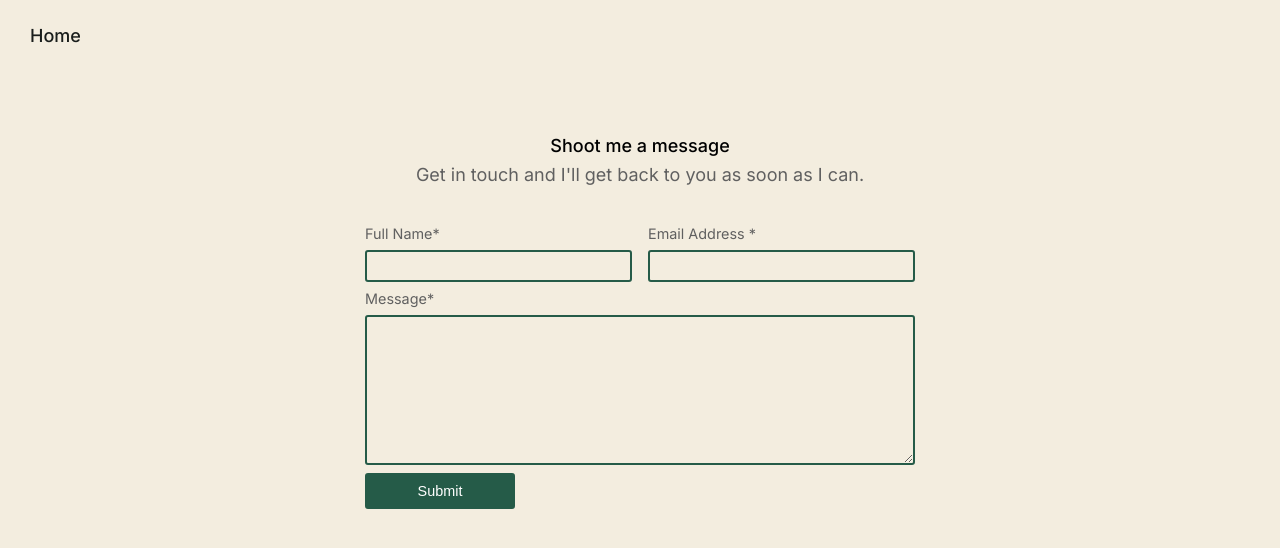
Repository: David-Waite/David-Waite-Portfolio
Page: /contact
An editor plug-in stored every save of this project. The page is shown before and after the next save, followed by the edit.
The browser window is 1280 px wide. The pictures show the whole page.
The project was rebuilt for these pictures with package versions that can differ from the ones it lists, and the page was loaded fresh each time. The framework's server and built-in components were replaced by stand-ins that run in the browser. Also part of the build but not shown: next.config.js, app/components/Nav/NavButton/navButton.module.css, app/components/Nav/NavButton/NavButton.tsx.

Above is the page before, as saved 2023-07-26 20:25:40.

### app/layout.tsx
import "./globals.css";
import type { Metadata } from "next";
import { Inter } from "next/font/google";
import Link from "next/link";
import NavBar from "./components/Nav/NavBar/NavBar";

const inter = Inter({ subsets: ["latin"] });

export const metadata: Metadata = {
  title: "Create Next App",
  description: "Generated by create next app",
};

export default function RootLayout({
  children,
}: {
  children: React.ReactNode;
}) {
  return (
    <html lang="en">
      <body className={inter.className}>
        <NavBar />
        {children}
      </body>
    </html>
  );
}

### app/contact/page.tsx
import { Metadata, NextPage } from "next/types";
import { Contact } from "../components/Contact/contact";

export const metadata: Metadata = {
  title: "David Waite | Contact ",
};

const ContactPage: NextPage = () => {
  return <Contact />;
};

export default ContactPage;

### app/globals.css
:root {
  --primary: #255b48;
  --black: #191d1b;
  --background: #f3eddf;
  --white: #ffffff;
  --grey: #606060;
  --error: #a83c23;
}

.paragraph {
  font-size: 18px;
  font-style: normal;
  font-weight: 400;
  line-height: 25.2px;
  color: var(--black);
}

body {
  background-color: var(--background);
}

* {
  padding: 0;
  margin: 0;
  box-sizing: border-box;
}

### app/components/Nav/NavBar/NavBar.tsx
"use client";
import NavButton from "../NavButton/NavButton";
import styles from "./navBar.module.css";
import { usePathname } from "next/navigation";

import Link from "next/link";

export default function NavBar() {
  const currentRoute = usePathname();

  return (
    <nav className={styles.container}>
      <Link href={`./${currentRoute === "/" ? "about" : "/"}`}>
        {currentRoute === "/" ? "About" : "Home"}
      </Link>

      {currentRoute !== "/contact" && <NavButton />}
    </nav>
  );
}

### app/components/Contact/contact.tsx
"use client";

import { FormEvent, useState } from "react";
import styles from "./contact.module.css";
import { useSearchParams } from "next/navigation";
export const Contact = () => {
  const [message, setMessage] = useState<string>("");
  const [status, setStatus] = useState<string>("idle");
  const [disabled, setDisabled] = useState<boolean>(false);
  const searchParams = useSearchParams();

  const onContactFormSubmit = async (e: FormEvent<HTMLFormElement>) => {
    e.preventDefault();
    setStatus("loading");
    const formData: { [key: string]: string } = {};
    const elements = e.currentTarget.elements as unknown as Array<
      HTMLInputElement | HTMLTextAreaElement | HTMLButtonElement
    >;

    Array.from(elements).forEach((field) => {
      if (!field.name) return;
      formData[field.name] = field.value;
    });

    await fetch("/contact/send", {
      method: "POST",
      body: JSON.stringify(formData),
    })
      .then((res) => res.json())
      .then((res) => {
        setMessage(res.message);
        setStatus(res.status);
        setDisabled(res.message.length > 0);
      });
  };

  return (
    <div className={styles.container}>
      <h1 className={styles.heading}>Shoot me a message</h1>
      <p className={styles.tagline}>
        Get in touch and I&apos;ll get back to you as soon as I can.
      </p>

      <form onSubmit={onContactFormSubmit}>
        {message.length > 0 ? (
          <div
            className={`paragraph ${styles.alert} ${
              status ? styles.alertSuccess : styles.alertError
            }`}
          >
            <span>{message}</span>
          </div>
        ) : null}
        <div className={styles.topForm}>
          <div className={styles.inputCon}>
            <label htmlFor="name">
              <span>Full Name*</span>
            </label>
            <input
              type="text"
              name="name"
              id="name"
              required
              disabled={disabled}
            />
          </div>
          <div className={styles.inputCon}>
            <label htmlFor="email">
              <span>Email Address *</span>
            </label>
            <input
              type="email"
              name="email"
              id="email"
              required
              disabled={disabled}
            />
          </div>
        </div>

        <div className={`${styles.message} ${styles.inputCon}`}>
          <label htmlFor="message">
            <span>Message*</span>
          </label>
          <textarea
            rows={3}
            name="message"
            id="message"
            required
            disabled={disabled}
          ></textarea>
        </div>

        <button
          type="submit"
          className={`${styles.button} ${
            status === "loading"
              ? styles.btnLoading
              : status === "error"
              ? styles.btnError
              : styles.btnSent
          }`}
          disabled={disabled}
        >
          {status === "idle"
            ? "Submit"
            : status === "loading"
            ? styles.btnLoading
            : status === "error"
            ? "Error"
            : "Sent"}
        </button>
      </form>
    </div>
  );
};

### app/components/Nav/NavBar/navBar.module.css
.container {
  display: flex;
  align-items: center;
  justify-content: space-between;
  height: 70px;
  padding: 0 30px;
}

.container a {
  color: var(--black);
  cursor: pointer;
  text-decoration: none;
  font-size: 18px;
  font-weight: 500;
}

### app/components/Contact/contact.module.css
.container {
  min-height: calc(100vh - 216px);
  display: flex;
  flex-direction: column;
  align-items: center;
  justify-content: center;
}

.container h1 {
  color: var(--back);
  font-weight: 500;
  font-size: 18px;
  margin-bottom: 8px;
}

.container p {
  text-align: center;
  margin-bottom: 40px;
  font-weight: 400;
  color: var(--grey);
  font-size: 18px;
}

.container form {
  display: flex;
  flex-direction: column;
  gap: 8px;
  position: relative;
}

.topForm {
  display: grid;
  grid-template-columns: 1fr 1fr;
  gap: 16px;
}

.inputCon {
  display: flex;
  flex-direction: column;
  gap: 8px;
}

.message textarea {
  background-color: var(--background);
  border: 2px solid var(--primary);
  border-radius: 3px;
  height: 150px;
  width: 550px;
  font-size: 16px;
  padding: 8px;
}
.inputCon label {
  color: var(--grey);
  font-size: 14.4px;
}

.inputCon input {
  background-color: var(--background);
  border: 2px solid var(--primary);
  border-radius: 3px;
  font-size: 16px;
  padding-left: 8px;
  height: 32px;
}

.inputCon select {
  height: 36px;
  font-size: 16px;
}

.container form button {
  border-radius: 3px;
  background: var(--background);
  border: 2px solid var(--primary);
  padding: 8px 32px;
  font-size: 14.4px;
  margin-right: auto;
  text-align: center;
  width: 150px;
  color: var(--primary);
  cursor: pointer;
}

.container form button:hover {
  background: var(--primary);
  color: var(--white);
}

.alert {
  position: absolute;
  top: -33px;
  left: 0px;
  color: var(--white);
  font-size: 16px;
  text-align: center;
  width: 100%;
  border-radius: 3px;
}

.alertSuccess {
  background-color: green;
}

.alertError {
  background-color: red;
}

.container form .btnLoading:hover {
  background: transparent;
  border-color: var(--primary);
  font-weight: 400;
  cursor: auto;
}

.container form .btnLoading {
  position: relative;

  background: transparent;
  border-color: var(--primary);

  cursor: pointer;
  color: transparent !important;
}

.container form .btnLoading::after {
  content: "";
  position: absolute;
  width: 16px;
  height: 16px;
  top: 0;
  left: 0;
  right: 0;
  bottom: 0;
  margin: auto;
  border: 3px solid var(--primary);
  border-top-color: transparent;
  border-radius: 50%;
  animation: button-loading-spinner 0.9s linear infinite;
}

@keyframes button-loading-spinner {
  from {
    transform: rotate(0deg);
  }
  to {
    transform: rotate(359deg);
  }
}

.btnSent {
  color: var(--white) !important;
  background-color: var(--primary) !important;
}

.btnError {
  color: var(--white) !important;
  background-color: var(--error) !important;
  border-color: var(--error) !important;
}

@media (max-width: 600px) {
  .container {
    padding: 10px;
  }
  .topForm {
    grid-template-columns: 1fr;
    gap: 8px;
  }
  .message textarea {
    width: calc(100vw - 38px);
  }
  .container form {
    width: 100%;
  }
}

After the next save:
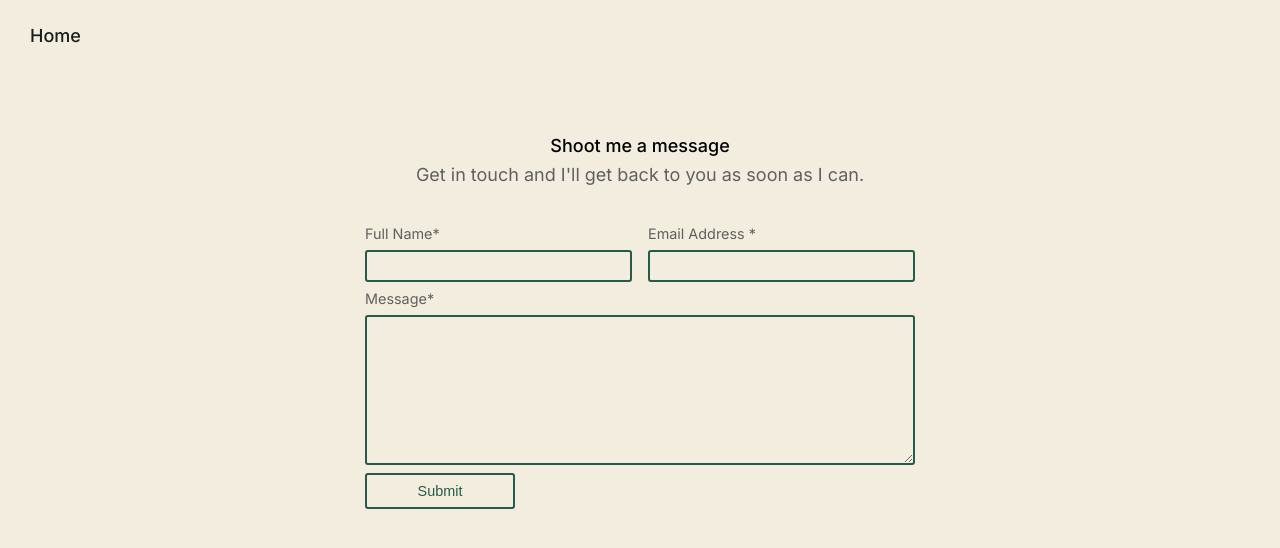
Saved 45 s later.
--- a/app/components/Contact/contact.tsx
+++ b/app/components/Contact/contact.tsx
@@ -94,7 +94,9 @@ export const Contact = () => {
         <button
           type="submit"
           className={`${styles.button} ${
-            status === "loading"
+            status === "idle"
+              ? styles.idle
+              : status === "loading"
               ? styles.btnLoading
               : status === "error"
               ? styles.btnError
